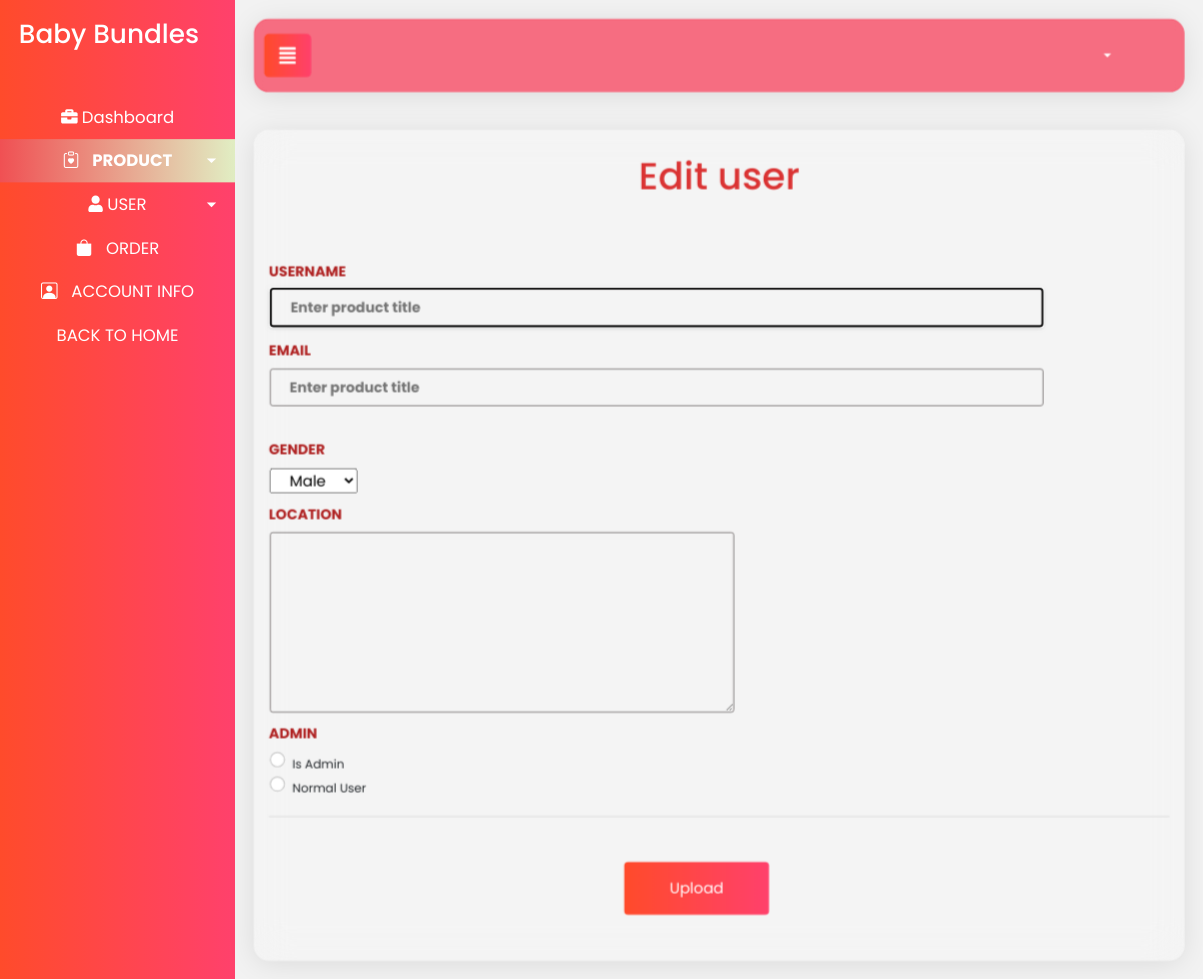
Repository: jiahow99/Baby-Bundles-University
Page: http://localhost/admin-edituser.php
The author's editor kept a copy of each file at every save. The page is drawn from the files as they stood at one save, then again after the next save.
The browser window is 1280 px wide. The pictures show the whole page, at 94% of full size.
Some web libraries are served in a nearby version. The page is run by PHP 8.4 with error messages shown; the project is at /var/www/html/.

Above is the page before, as saved 2022-11-25 01:07:56.

After the next save:
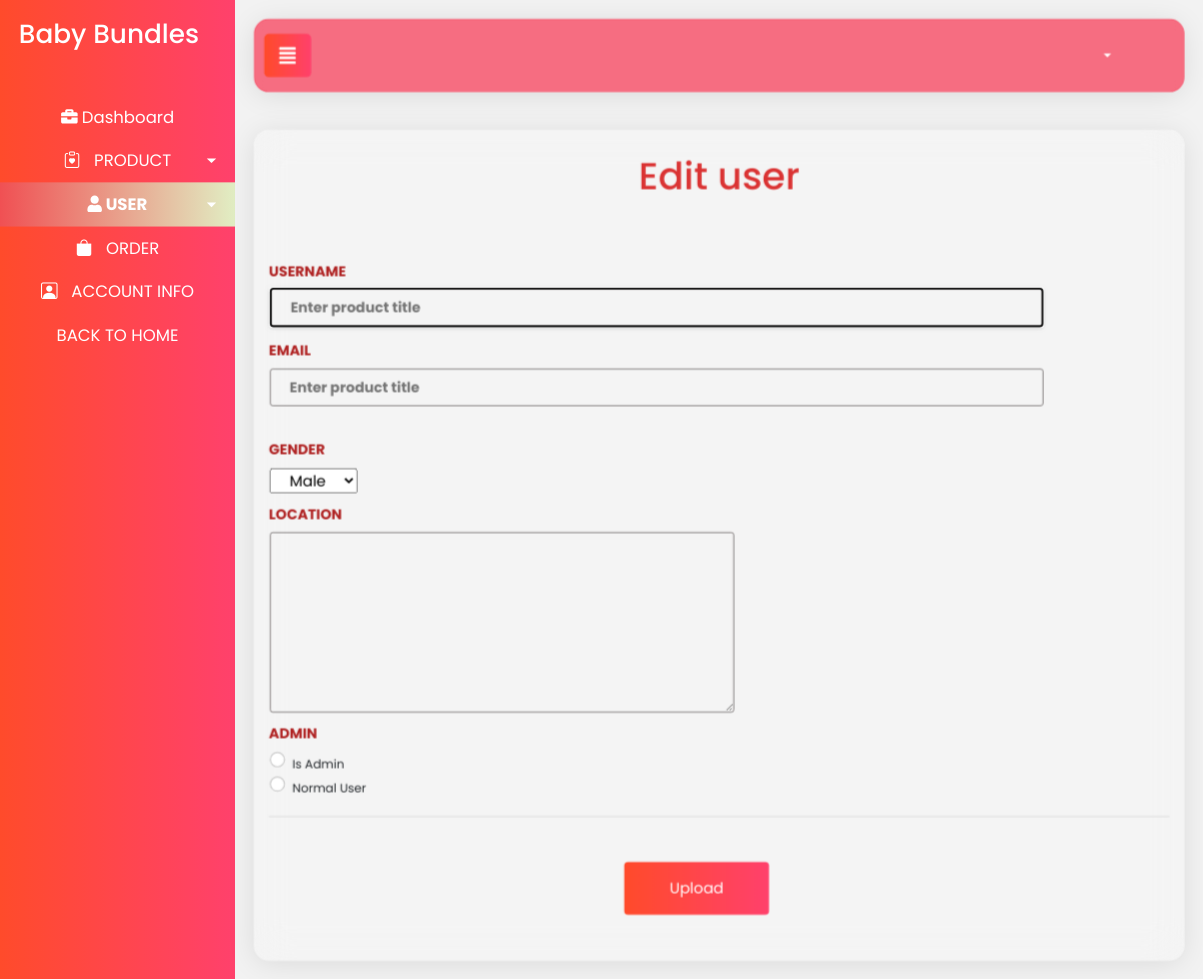
Saved 12 s later.
--- a/admin-edituser.php
+++ b/admin-edituser.php
@@ -6,7 +6,7 @@
     <meta name="viewport" content="width=device-width, initial-scale=1.0">
     <meta http-equiv="X-UA-Compatible" content="IE=edge">
 
-    <title>Admin-Product</title>
+    <title>Admin-User</title>
 
     <!-- Bootstrap CSS CDN -->
     <link rel="stylesheet" href="https://stackpath.bootstrapcdn.com/bootstrap/4.1.0/css/bootstrap.min.css" integrity="sha384-9gVQ4dYFwwWSjIDZnLEWnxCjeSWFphJiwGPXr1jddIhOegiu1FwO5qRGvFXOdJZ4" crossorigin="anonymous">
